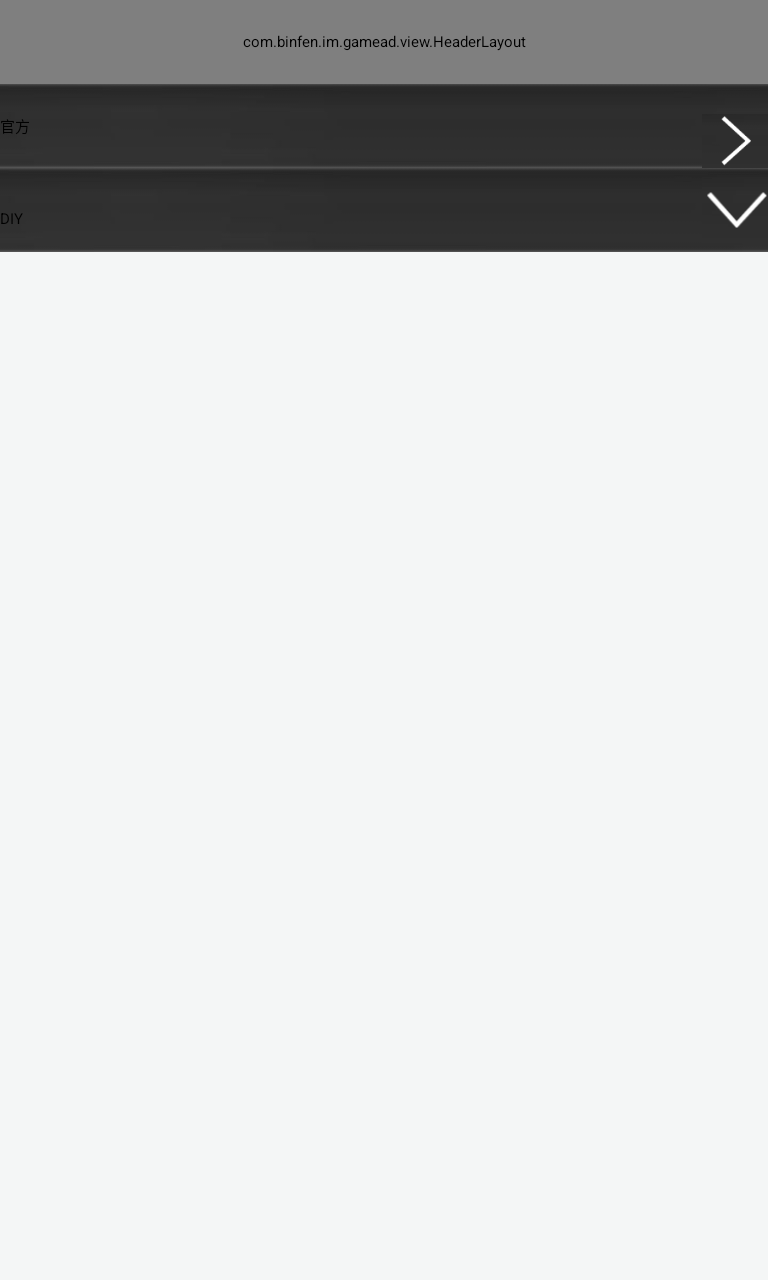
Repository: hosle/gad2
Layout: gamead_IM2/res/layout/xxh_gamelayout2.xml
These files come from the project's save history. The layout is drawn as it stood at one moment and after the next save; the edit follows.
Pictures or frames that could not be fetched are drawn as grey boxes. It is drawn on a 768 x 1280 px phone screen (xhdpi) without system bars, with theme AppTheme; the app's code is not run. Lists and similar views that code fills are empty. The app's manifest (not shown) leaves right-to-left support off. So textAlignment, textDirection and layoutDirection are ignored, and left and right values win over start and end ones.

Above is the layout before, as saved 2015-06-26 06:57:57.

After the next save:
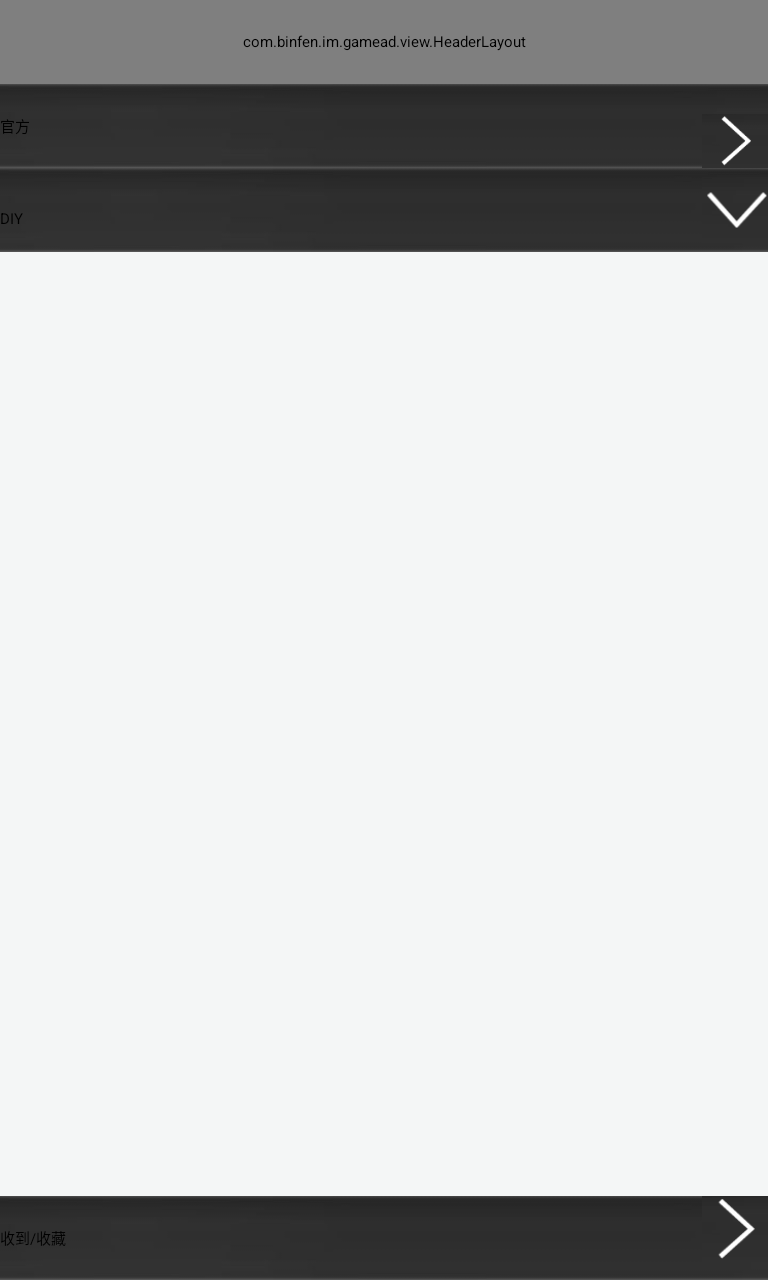
Saved 6 s later.
--- a/gamead_IM2/res/layout/xxh_gamelayout2.xml
+++ b/gamead_IM2/res/layout/xxh_gamelayout2.xml
@@ -105,7 +105,7 @@
 
     <LinearLayout
         android:layout_width="match_parent"
-        android:layout_height="33dp"
+        android:layout_height="wrap_content"
         android:layout_alignParentBottom="true"
         android:orientation="vertical" >
          <ListView
